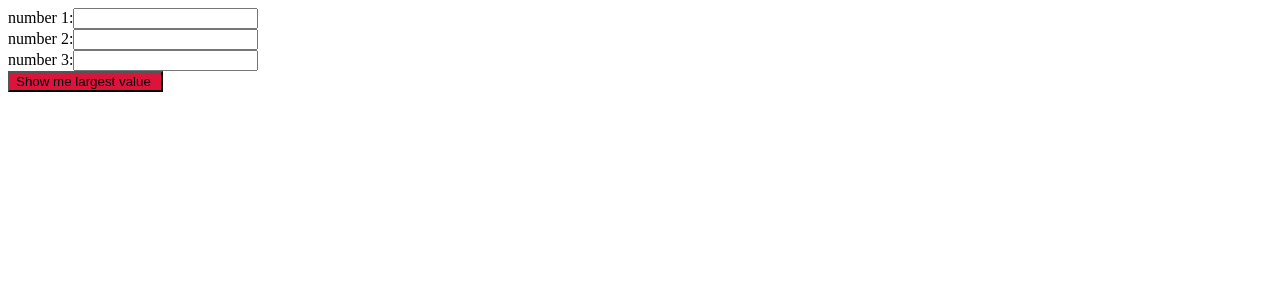
Repository: pkc189/Techment
Page: Advance Java Server Side/HelloWorld/WebContent/Largest.html
An editor plug-in stored every save of this project. The page is shown before and after the next save, followed by the edit.
The browser window is 1280 px wide. The pictures show the whole page.

Above is the page before, as saved 2021-08-20 08:22:29.

### Advance Java Server Side/HelloWorld/WebContent/Largest.html
<!DOCTYPE html>
<html>
<head>
<meta charset="ISO-8859-1">
<title>Insert title here</title>
</head>
<body>

<form action="Largest">
  number 1:<input type="text" name="n1">
  <br/>
  number 2:<input type="text" name="n2">
  <br/>
  number 3:<input type="text" name="n3">
  <br/>


<input style="background-color:crimson" value="Show me largest value " type="submit">
</form>
</body>
</html>

After the next save:
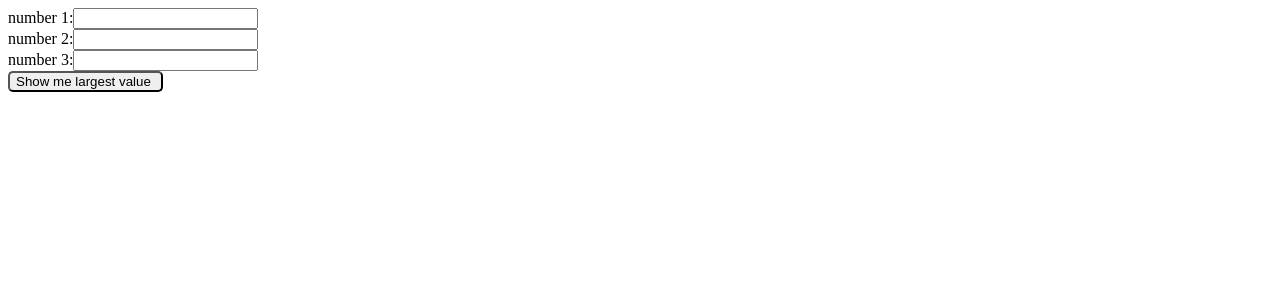
Saved 67 s later.
--- a/Advance Java Server Side/HelloWorld/WebContent/Largest.html
+++ b/Advance Java Server Side/HelloWorld/WebContent/Largest.html
@@ -3,6 +3,16 @@
 <head>
 <meta charset="ISO-8859-1">
 <title>Insert title here</title>
+<style>
+
+.btn{
+background-color:crimson ,
+border:none;
+border-radius:5px;
+color:'white'
+}
+
+</style>
 </head>
 <body>
 
@@ -15,7 +25,7 @@
   <br/>
 
 
-<input style="background-color:crimson" value="Show me largest value " type="submit">
+<input class="btn" value="Show me largest value " type="submit">
 </form>
 </body>
 </html>
